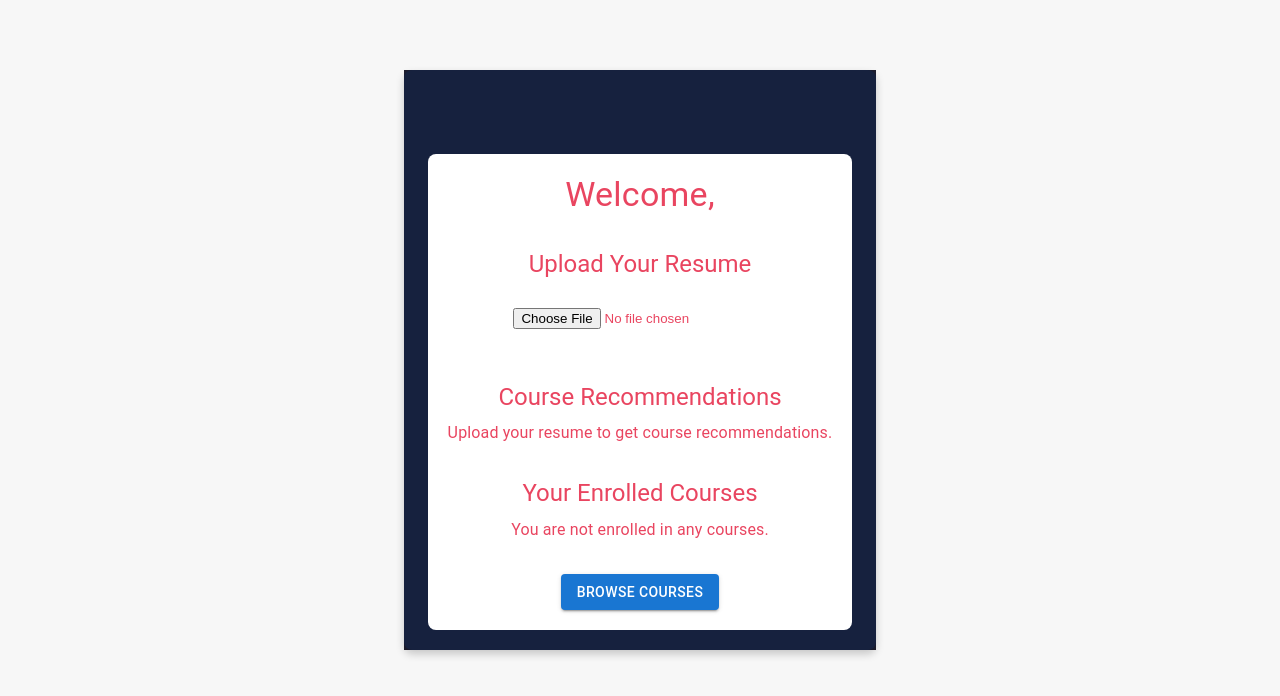
Repository: jvt2/OnlineCourseApp
Page: /dashboard
The author's editor kept a copy of each file at every save. The page is drawn from the files as they stood at one save, then again after the next save.
The browser window is 1280 px wide. The pictures show the whole page.
The page's requests for data from a server got no answer. The project was rebuilt for these pictures with package versions that can differ from the ones it lists, and the page was loaded fresh each time. No one was signed in, and anything a server would have sent is missing. Also part of the build but not shown: src/features/auth/Register.js, src/features/auth/Login.js, src/features/courses/ResumeUpload.js, src/features/courses/CourseRecommendations.js, src/components/common/MyModal.js, src/features/courses/CourseCatalog.js, src/features/courses/CourseDetail.js, src/components/common/Navbar.js and 3 more. Imported but missing from the stored project, and not drawn on this page: src/app/reportWebVitals.

Above is the page before, as saved 2024-07-14 15:45:20.

### src/index.js
import React from 'react';
import ReactDOM from 'react-dom/client';
import { Provider } from 'react-redux';
import store from './redux/store';
import './index.css';
import App from './app/App';
import reportWebVitals from './app/reportWebVitals';

const root = ReactDOM.createRoot(document.getElementById('root'));
root.render(
  <React.StrictMode>
    <App />
  </React.StrictMode>
);

// If you want to start measuring performance in your app, pass a function
// to log results (for example: reportWebVitals(console.log))
// or send to an analytics endpoint. Learn more: https://bit.ly/CRA-vitals
reportWebVitals();

### src/redux/store.js
// src/redux/store.js

import { configureStore } from '@reduxjs/toolkit';
import userReducer from './userReducer';

const store = configureStore({
  reducer: {
    user: userReducer,
  },
});

export default store;

### src/redux/userReducer.js
// src/redux/userReducer.js
// src/redux/userReducer.js
import { createSlice } from '@reduxjs/toolkit';

const initialState = {
  id: null,
  email: null,
  token: null,
};

const userSlice = createSlice({
  name: 'user',
  initialState,
  reducers: {
    logIn(state, action) {
      state.id = action.payload.id;
      state.email = action.payload.email;
      state.token = action.payload.token;
    },
    logOut(state) {
      state.id = null;
      state.email = null;
      state.token = null;
    },
  },
});

export const { logIn, logOut } = userSlice.actions;
export default userSlice.reducer;

### src/app/App.css
/* App.css */
:root {
  --primary-bg-color: #1E1E2F;
  --secondary-bg-color: #282840;
  --primary-text-color: #F5F5F5;
  --link-color: #61dafb;
  --accent-color: #FF6B6B;
  --navbar-height: 4rem;
  --content-padding: 20px;
  --border-radius: 8px;
  --transition-duration: 0.3s;
  --gradient-bg-color: linear-gradient(120deg, #84fab0 0%, #8fd3f4 100%);
}

.App {
  text-align: center;
  font-family: 'Arial', sans-serif;
  background-color: var(--primary-bg-color);
}

.App-logo {
  height: 40vmin;
  pointer-events: none;
  filter: drop-shadow(0 0 10px var(--accent-color));
}

.App-header {
  background-color: var(--secondary-bg-color);
  min-height: 100vh;
  display: flex;
  flex-direction: column;
  align-items: center;
  justify-content: center;
  font-size: calc(10px + 2vmin);
  color: var(--primary-text-color);
  border-bottom-left-radius: var(--border-radius);
  border-bottom-right-radius: var(--border-radius);
}

.App-link {
  color: var(--link-color);
  transition: color var(--transition-duration);
}

.App-link:hover {
  color: var(--accent-color);
}

@media (prefers-reduced-motion: no-preference) {
  .App-logo {
    animation: App-logo-spin infinite 20s linear;
  }
}

@keyframes App-logo-spin {
  from {
    transform: rotate(0deg);
  }
  to {
    transform: rotate(360deg);
  }
}

.site-navbar {
  display: flex;
  align-items: center;
  background: var(--gradient-bg-color);
  padding: 10px 20px;
  height: var(--navbar-height);
  font-weight: 500;
  box-shadow: 0 4px 6px rgba(0, 0, 0, 0.1);
}

.navbar-nav {
  display: flex;
  align-items: center;
  list-style: none;
  margin: 0;
  padding: 0;
  flex-grow: 1;
  justify-content: center;
}

.nav-item {
  display: flex;
  align-items: center;
  justify-content: center;
  text-decoration: none;
  color: var(--primary-text-color);
  padding: 15px 25px;
  transition: all 0.3s ease-in-out;
  border-radius: var(--border-radius);
  position: relative;
}

.nav-item:before {
  content: '';
  position: absolute;
  top: 0;
  left: 0;
  width: 0;
  height: 100%;
  background: var(--accent-color);
  border-radius: var(--border-radius);
  transition: width 0.3s ease-in-out;
  z-index: -1;
}

.nav-item:hover:before {
  width: 100%;
}

.nav-item:hover {
  color: var(--secondary-bg-color);
  box-shadow: 0 4px 8px rgba(0, 0, 0, 0.2);
  text-decoration: none;
}

.navbar-brand {
  margin-right: auto;
  color: var(--primary-text-color);
  font-size: 1.5em;
  font-weight: bold;
}

.App-content {
  padding: var(--content-padding);
  color: var(--primary-text-color);
}

.App-footer {
  text-align: center;
  padding: var(--content-padding);
  background-color: var(--secondary-bg-color);
  color: var(--primary-text-color);
  box-shadow: 0 -4px 6px rgba(0, 0, 0, 0.1);
}

.course-recommendations {
  width: 80%;
  margin: auto;
  background: #f9f9f9;
  padding: 20px;
  border-radius: 5px;
  box-shadow: 0px 0px 10px rgba(0, 0, 0, 0.1);
}

.course-recommendations h2 {
  text-align: center;
  color: #333;
}

.course-recommendations .course {
  padding: 10px 0;
  border-bottom: 1px solid #eee;
}

.course-recommendations .course:last-child {
  border-bottom: none;
}

.course-recommendations .course button {
  margin-left: 10px;
}

body {
  background-color: #1a1a2e;
  color: #e94560;
}

.MuiContainer-root {
  background-color: #16213e;
  border-radius: 8px;
  padding: 20px;
  box-shadow: 0 4px 8px rgba(0, 0, 0, 0.2);
}

.customTextField .MuiInputBase-input {
  color: #fff;
  background-color: rgba(255, 255, 255, 0.1);
}

.customTextField .MuiInputLabel-root {
  color: rgba(255, 255, 255, 0.7);
}

.customTextField .MuiInputLabel-root.Mui-focused {
  color: #fff;
}

.customTextField .MuiOutlinedInput-root {
  &.Mui-focused .MuiOutlinedInput-notchedOutline {
    border-color: #fff;
  }
  & .MuiOutlinedInput-notchedOutline {
    border-color: rgba(255, 255, 255, 0.5);
  }
}

### src/features/dashboard/Dashboard.js
// src/features/dashboard/Dashboard.js
import React, { useEffect, useState } from 'react';
import axios from 'axios';
import { useSelector } from 'react-redux';
import { Container, Typography, Button, Box, List, ListItem, ListItemText, Grid } from '@mui/material';
import { useNavigate } from 'react-router-dom';
import './Dashboard.css'; // Ensure this is the correct path to your CSS file

function Dashboard() {
  const [enrolledCourses, setEnrolledCourses] = useState([]);
  const [recommendations, setRecommendations] = useState([]);
  const token = useSelector(state => state.user.token);
  const userId = useSelector(state => state.user.id);
  const userEmail = useSelector(state => state.user.email);
  const navigate = useNavigate();

  useEffect(() => {
    const fetchEnrolledCourses = async () => {
      try {
        const response = await axios.get(`http://localhost:3001/user/${userId}/courses`, {
          headers: { Authorization: `Bearer ${token}` }
        });
        setEnrolledCourses(response.data);
      } catch (error) {
        console.error('Error fetching enrolled courses:', error);
      }
    };

    const fetchRecommendations = async () => {
      try {
        const response = await axios.get(`http://localhost:3001/user/${userId}/recommendations`, {
          headers: { Authorization: `Bearer ${token}` }
        });
        setRecommendations(response.data);
      } catch (error) {
        console.error('Error fetching recommendations:', error);
      }
    };

    fetchEnrolledCourses();
    fetchRecommendations();
  }, [userId, token]);

  const handleResumeUpload = async (event) => {
    const formData = new FormData();
    formData.append('resume', event.target.files[0]);

    try {
      const response = await axios.post('http://localhost:3001/uploadResume', formData, {
        headers: {
          'Content-Type': 'multipart/form-data',
          Authorization: `Bearer ${token}`,
        },
      });
      setRecommendations(response.data.recommendations);
    } catch (error) {
      console.error('Error uploading resume:', error);
    }
  };

  return (
    <Container component="main" maxWidth="md">
      <Box className="dashboard-container" sx={{ mt: 8 }}>
        <Typography className="dashboard-header" variant="h4" gutterBottom>
          Welcome, {userEmail}
        </Typography>
        <Box className="upload-container" sx={{ mt: 4 }}>
          <Typography variant="h5" gutterBottom>
            Upload Your Resume
          </Typography>
          <input
            type="file"
            onChange={handleResumeUpload}
            accept=".pdf,.doc,.docx,.txt"
            style={{ margin: '20px 0' }}
          />
        </Box>
        <Box className="recommendations-container" sx={{ mt: 4 }}>
          <Typography variant="h5" gutterBottom>
            Course Recommendations
          </Typography>
          {recommendations.length > 0 ? (
            <List>
              {recommendations.map((rec, index) => (
                <ListItem key={index}>
                  <ListItemText primary={rec.title} secondary={rec.description} />
                </ListItem>
              ))}
            </List>
          ) : (
            <Typography variant="body1">Upload your resume to get course recommendations.</Typography>
          )}
        </Box>
        <Box className="enrolled-courses-container" sx={{ mt: 4 }}>
          <Typography variant="h5" gutterBottom>
            Your Enrolled Courses
          </Typography>
          {enrolledCourses.length > 0 ? (
            <List>
              {enrolledCourses.map(course => (
                <ListItem key={course.id}>
                  <ListItemText primary={course.name} />
                </ListItem>
              ))}
            </List>
          ) : (
            <Typography variant="body1">You are not enrolled in any courses.</Typography>
          )}
        </Box>
        <Box sx={{ mt: 4 }}>
          <Button variant="contained" color="primary" onClick={() => navigate('/courses')}>
            Browse Courses
          </Button>
        </Box>
      </Box>
    </Container>
  );
}

export default Dashboard;

### src/features/auth/Logout.js
// Logout.js
import { useEffect } from 'react';
import { useDispatch } from 'react-redux';
import { useNavigate } from 'react-router-dom';
import { logOut } from '../../redux/reducers/userslice'; // Import the logOut action

function Logout() {
  const navigate = useNavigate();
  const dispatch = useDispatch();

  useEffect(() => {
    localStorage.removeItem('token'); // Remove the token from local storage
    dispatch(logOut()); // Dispatch the logOut action
    navigate('/login'); // Navigate to the login page
  }, [dispatch, navigate]);

  return null;
}

export default Logout;

### src/components/common/LandingPage.css
body {
    display: flex;
    justify-content: center;
    align-items: center;
    height: 100vh;
    background-color: #f7f7f7;
    margin: 0;
    font-family: 'Roboto', sans-serif;
  }

  .sign-in-container {
    display: flex;
    justify-content: center;
    align-items: center;
    height: 100%;
    width: 100%;
  }

  .sign-in-form {
    background-color: white;
    padding: 60px;
    border-radius: 10px;
    box-shadow: 0 4px 8px rgba(0, 0, 0, 0.1);
    text-align: center;
    max-width: 600px;
    width: 90%;
  }

  .logo {
    width: 200px;
    height: 200px;
    margin-bottom: 30px;
    background-color: white;
    border-radius: 10px;
  }

  h1 {
    margin: 0;
    font-size: 32px;
    font-weight: 700;
  }

  .subtitle {
    margin: 10px 0;
    color: #555;
    font-size: 18px;
  }

  .google-sign-in {
    background-color: #ffffff;
    color: #000;
    border: 1px solid #ccc;
    padding: 15px;
    width: 100%;
    border-radius: 5px;
    margin-bottom: 30px;
    display: flex;
    justify-content: center;
    align-items: center;
    cursor: pointer;
    font-size: 18px;
    font-weight: 500;
    transition: background-color 0.3s;
  }

  .google-sign-in:hover {
    background-color: #f0f0f0;
  }

  .google-logo {
    width: 25px;
    margin-right: 10px;
  }

  .separator {
    display: flex;
    align-items: center;
    text-align: center;
    margin: 30px 0;
    color: #aaa;
    font-size: 18px;
  }

  .separator::before,
  .separator::after {
    content: '';
    flex: 1;
    border-bottom: 1px solid #ccc;
  }

  .separator:not(:empty)::before {
    margin-right: .5em;
  }

  .separator:not(:empty)::after {
    margin-left: .5em;
  }

  .email-input,
  .password-input {
    width: 100%;
    padding: 15px;
    margin-bottom: 30px;
    border: 1px solid #ccc;
    border-radius: 5px;
    font-size: 18px;
    transition: border-color 0.3s;
  }

  .email-input:focus,
  .password-input:focus {
    border-color: #007bff;
    outline: none;
  }

  .continue-button {
    background-color: #9b51e0;
    color: white;
    border: none;
    padding: 15px;
    width: 100%;
    border-radius: 5px;
    font-size: 18px;
    font-weight: 500;
    cursor: pointer;
    transition: background-color 0.3s;
    margin-bottom: 10px; /* Add margin to separate the buttons */
  }

  .continue-button:hover {
    background-color: #7a3bc0;
  }

  .email-error {
    color: red;
    margin-top: 10px;
    font-size: 14px;
  }


  .back-button {
    background-color: #ccc;
    color: white;
    border: none;
    padding: 15px;
    width: 100%;
    border-radius: 5px;
    font-size: 18px;
    font-weight: 500;
    cursor: pointer;
    transition: background-color 0.3s;
    margin-bottom: 10px; /* Add margin to separate the buttons */
  }

  .back-button:hover {
    background-color: #aaa;
  }

  .sign-up-link {
    margin-top: 30px;
    color: #aaa;
    font-size: 18px;
  }

  .sign-up-link a {
    color: #9b51e0;
    text-decoration: none;
  }

  .sign-up-link a:hover {
    text-decoration: underline;
  }

### src/features/dashboard/Dashboard.css
/* Dashboard CSS */

.dashboard-container {
    background: #FFFFFF;
    padding: 20px;
    border-radius: 8px;
    margin-top: 50px;
    text-align: center;
  }

  .dashboard-header {
    font-family: 'Roboto';
    font-style: normal;
    font-weight: 400;
    font-size: 24px;
    margin-bottom: 20px;
  }

.course-list, .recommendation-list {
    display: flex;
    flex-direction: column;
    align-items: center;
}

.course-item, .recommendation-item {
    background-color: #fff;
    border: 1px solid #ddd;
    padding: 10px;
    margin: 10px;
    width: 80%;
    box-shadow: 0 2px 4px rgba(0, 0, 0, 0.1);
    border-radius: 5px;
}

.course-title, .recommendation-title {
    font-size: 18px;
    margin-bottom: 10px;
}

.browse-courses-button {
    margin-top: 20px;
}

/* Menu */
.menu-container {
    position: absolute;
    width: 132px;
    height: 853.12px;
    left: 32.34px;
    top: 24.02px;
}

.menu-background {
    position: absolute;
    width: 81.01px;
    height: 804px;
    left: 83.32px;
    top: 73.14px;
    background: #0C0B0B;
    opacity: 0.7;
    filter: blur(30px);
    border-radius: 24px;
}

.menu-foreground {
    position: absolute;
    width: 132px;
    height: 852px;
    left: 32.34px;
    top: 24.02px;
    background: #0C0B0B;
    border-radius: 24px;
}

.menu-logo {
    position: absolute;
    width: 47px;
    height: 102px;
    left: 74.46px;
    top: 39.67px;
    font-family: 'Baloo Bhai';
    font-style: normal;
    font-weight: 400;
    font-size: 64px;
    line-height: 102px;
    color: #FFFFFF;
}

.menu-icon {
    position: absolute;
    left: 5.93%;
    right: 92.27%;
    top: 22.89%;
    bottom: 74.22%;
    background: #FFFFFF;
}

.menu-item {
    position: absolute;
    width: 26px;
    height: 26px;
    left: 85.15px;
}

.menu-item:nth-child(1) {
    top: 558.98px;
}

.menu-item:nth-child(2) {
    top: 471.99px;
}

.menu-item:nth-child(3) {
    top: 382.1px;
}

.menu-item:nth-child(4) {
    top: 809.53px;
}

/* Go Premium Banner */
.premium-banner {
    position: absolute;
    width: 440px;
    height: 193px;
    left: 920.06px;
    top: 683px;
    background: #F5F5F7;
    border-radius: 14px;
}

.premium-banner-header {
    position: absolute;
    width: 189px;
    height: 38px;
    left: 943.75px;
    top: 707.12px;
    font-family: 'Baloo Bhai';
    font-style: normal;
    font-weight: 400;
    font-size: 24px;
    line-height: 38px;
    color: #0C0B0B;
}

.premium-banner-text {
    position: absolute;
    width: 179px;
    height: 48px;
    left: 943.75px;
    top: 748px;
    font-family: 'Roboto';
    font-style: normal;
    font-weight: 400;
    font-size: 16px;
    line-height: 24px;
    color: #0C0B0B;
}

.premium-banner-button {
    position: absolute;
    width: 120px;
    height: 40px;
    left: 943.75px;
    top: 820.22px;
    background: #0C0B0B;
    border-radius: 8px;
    font-family: 'Roboto';
    font-style: normal;
    font-weight: 700;
    font-size: 13px;
    line-height: 15px;
    color: #FFFFFF;
}

/* Your Statistics Section */
.statistics-section {
    position: absolute;
    width: 449.59px;
    height: 378.5px;
    left: 923.69px;
    top: 255.29px;
}

.statistics-header {
    position: absolute;
    width: 158px;
    height: 38px;
    left: 923.69px;
    top: 255.29px;
    font-family: 'Baloo Bhai';
    font-style: normal;
    font-weight: 400;
    font-size: 24px;
    line-height: 38px;
    color: #0C0B0B;
}

.learning-hours-box, .my-courses-box {
    position: absolute;
    width: 88px;
    height: 32px;
    background: #F5F5F7;
    border-radius: 8px;
}

.learning-hours-box {
    left: 1271.68px;
    top: 305.54px;
}

.my-courses-box {
    left: 1059.69px;
    top: 309.54px;
}

.learning-hours-text, .my-courses-text {
    position: absolute;
    font-family: 'Baloo Bhai';
    font-style: normal;
    font-weight: 400;
    font-size: 16px;
    line-height: 26px;
    color: #0C0B0B;
}

.learning-hours-text {
    left: 923.69px;
    top: 309.54px;
}

.my-courses-text {
    left: 1059.69px;
    top: 309.54px;
    opacity: 0.3;
}

.weekly-button {
    position: absolute;
    width: 43px;
    height: 15px;
    left: 1287.93px;
    top: 314.54px;
    font-family: 'Roboto';
    font-style: normal;
    font-weight: 700;
    font-size: 13px;
    line-height: 15px;
    color: #0C0B0B;
}

.statistics-graph {
    position: absolute;
    width: 449.59px;
    height: 266.15px;
    left: 923.69px;
    top: 367.65px;
}

/* Courses Section */
.courses-section {
    position: absolute;
    width: 620px;
    height: 554.49px;
    left: 236px;
    top: 359.15px;
}

.course-item-container {
    position: relative;
    width: 620px;
    height: 80px;
    background: #F5F5F7;
    border-radius: 14px;
    margin-bottom: 10px;
}

.course-item-container .view-course-button {
    position: absolute;
    width: 120px;
    height: 40px;
    left: 712.19px;
    top: 20px;
    border: 2px solid #0C0B0B;
    border-radius: 8px;
}

.course-item-container .view-course-button-text {
    position: absolute;
    width: 72px;
    height: 15px;
    left: 24px;
    top: 12px;
    font-family: 'Roboto';
    font-style: normal;
    font-weight: 700;
    font-size: 13px;
    line-height: 15px;
    color: #0C0B0B;
}

.course-item-container .course-icon {
    position: absolute;
    width: 64px;
    height: 64px;
    left: 20px;
    top: 8px;
    background: #FFFFFF;
    border-radius: 12px;
}

.course-item-container .course-title {
    position: absolute;
    width: 150px;
    height: 26px;
    left: 100px;
    top: 20px;
    font-family: 'Baloo Bhai';
    font-style: normal;
    font-weight: 400;
    font-size: 16px;
    line-height: 26px;
    color: #0C0B0B;
}

.course-item-container .course-instructor {
    position: absolute;
    width: 150px;
    height: 15px;
    left: 100px;
    top: 50px;
    font-family: 'Roboto';
    font-style: normal;
    font-weight: 400;
    font-size: 13px;
    line-height: 15px;
    color: #0C0B0B;
}

.course-item-container .course-rating,
.course-item-container .course-duration {
    position: absolute;
    width: 55px;
    height: 15px;
    left: 250px;
    top: 50px;
    font-family: 'Roboto';
    font-style: normal;
    font-weight: 400;
    font-size: 13px;
    line-height: 15px;
    color: #0C0B0B;
}

.course-item-container .course-rating {
    left: 450px;
}

.course-item-container .course-flame-icon {
    position: absolute;
    width: 15.2px;
    height: 16px;
    left: 510px;
    top: 50px;
}

.course-header {
    position: absolute;
    width: 620px;
    height: 38px;
    left: 236px;
    top: 359.15px;
    font-family: 'Baloo Bhai';
    font-style: normal;
    font-weight: 400;
    font-size: 24px;
    line-height: 38px;
    color: #0C0B0B;
}

.course-categories {
    position: absolute;
    width: 620px;
    height: 26px;
    left: 236px;
    top: 413.39px;
}

.course-category {
    position: absolute;
    width: 82px;
    height: 26px;
    font-family: 'Baloo Bhai';
    font-style: normal;
    font-weight: 400;
    font-size: 16px;
    line-height: 26px;
    color: #0C0B0B;
    opacity: 0.3;
}

.course-category.all-courses {
    left: 0;
    opacity: 1;
}

.course-category.newest {
    left: 120px;
}

.course-category.top-rated {
    left: 240px;
}

.course-category.most-popular {
    left: 360px;
}

/* Header Section */
.header-section {
    position: absolute;
    width: 620px;
    height: 191.25px;
    left: 236.32px;
    top: 24px;
}

.header-background {
    position: absolute;
    width: 620px;
    height: 160px;
    left: 0;
    top: 55.25px;
    background: #F5F5F7;
    border-radius: 14px;
}

.header-title {
    position: absolute;
    width: 178px;
    height: 57px;
    left: 31.5px;
    top: 101.67px;
    font-family: 'Baloo Bhai';
    font-style: normal;
    font-weight: 400;
    font-size: 36px;
    line-height: 57px;
    color: #0C0B0B;
}

.header-subtitle {
    position: absolute;
    width: 185px;
    height: 24px;
    left: 31.5px;
    top: 151.14px;
    font-family: 'Roboto';
    font-style: normal;
    font-weight: 400;
    font-size: 16px;
    line-height: 24px;
    color: #0C0B0B;
}

### src/redux/reducers/userslice.js
import { createSlice } from '@reduxjs/toolkit';

const userSlice = createSlice({
  name: 'user',
  initialState: { name: '', loggedIn: false },
  reducers: {
    logIn: (state, action) => {
      state.name = action.payload.name;
      state.loggedIn = true;
    },
    logOut: (state) => {
      state.name = '';
      state.loggedIn = false;
    }
  }
});

export const { logIn, logOut } = userSlice.actions;
export default userSlice.reducer;

Loaded but not shown: public/index.html (common file); src/index.css (common file); src/app/App.js (101 lines, source omitted)

After the next save:
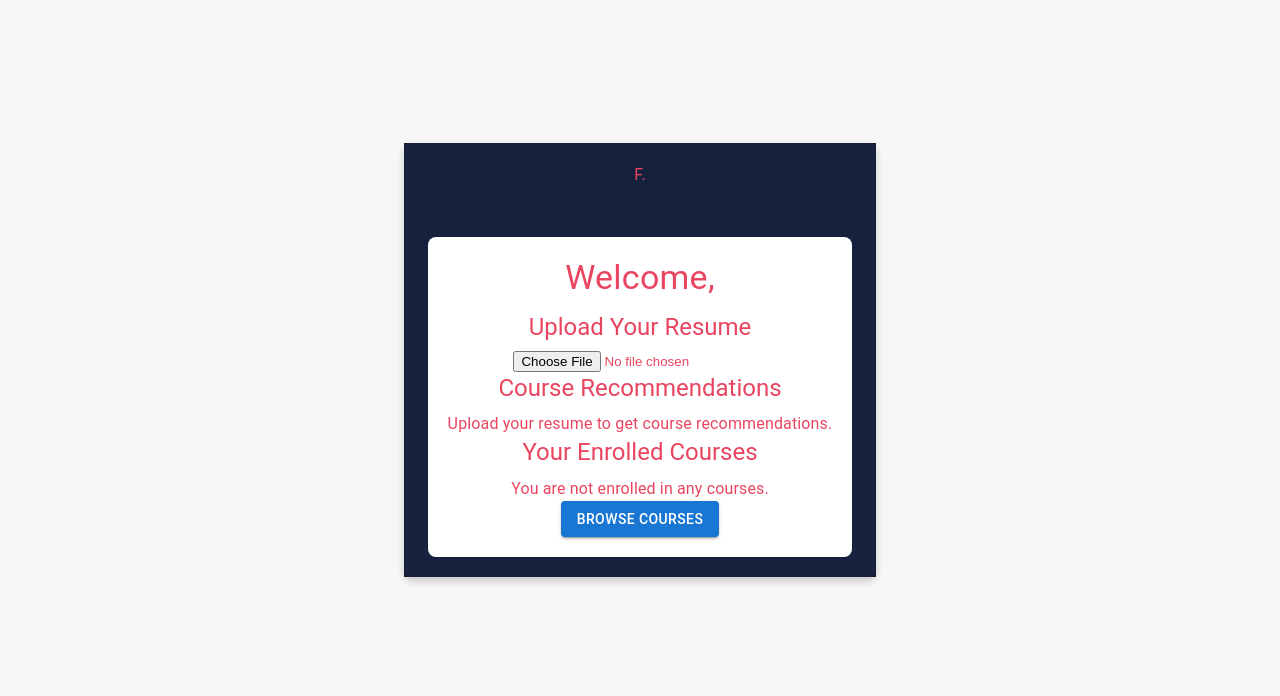
Saved 3 min 24 s later.
--- a/src/features/dashboard/Dashboard.js
+++ b/src/features/dashboard/Dashboard.js
@@ -2,9 +2,9 @@
 import React, { useEffect, useState } from 'react';
 import axios from 'axios';
 import { useSelector } from 'react-redux';
-import { Container, Typography, Button, Box, List, ListItem, ListItemText, Grid } from '@mui/material';
+import { Container, Typography, Button, Box, List, ListItem, ListItemText } from '@mui/material';
 import { useNavigate } from 'react-router-dom';
-import './Dashboard.css'; // Ensure this is the correct path to your CSS file
+import './Dashboard.css';
 
 function Dashboard() {
   const [enrolledCourses, setEnrolledCourses] = useState([]);
@@ -60,11 +60,23 @@ function Dashboard() {
 
   return (
     <Container component="main" maxWidth="md">
-      <Box className="dashboard-container" sx={{ mt: 8 }}>
+      <Box className="sidebar">
+        <div className="sidebar-blur"></div>
+        <div className="sidebar-main">
+          <Typography className="sidebar-logo">F.</Typography>
+          <div className="sidebar-icon icon-home icon-background"></div>
+          <div className="sidebar-icon icon-graduation icon-background"></div>
+          <div className="sidebar-icon icon-user icon-background"></div>
+          <div className="sidebar-icon icon-message icon-background"></div>
+          <div className="sidebar-icon icon-settings icon-background"></div>
+          <div className="sidebar-icon icon-logout icon-background"></div>
+        </div>
+      </Box>
+      <Box className="dashboard-container">
         <Typography className="dashboard-header" variant="h4" gutterBottom>
           Welcome, {userEmail}
         </Typography>
-        <Box className="upload-container" sx={{ mt: 4 }}>
+        <Box className="upload-container">
           <Typography variant="h5" gutterBottom>
             Upload Your Resume
           </Typography>
@@ -72,10 +84,9 @@ function Dashboard() {
             type="file"
             onChange={handleResumeUpload}
             accept=".pdf,.doc,.docx,.txt"
-            style={{ margin: '20px 0' }}
           />
         </Box>
-        <Box className="recommendations-container" sx={{ mt: 4 }}>
+        <Box className="recommendations-container">
           <Typography variant="h5" gutterBottom>
             Course Recommendations
           </Typography>
@@ -91,7 +102,7 @@ function Dashboard() {
             <Typography variant="body1">Upload your resume to get course recommendations.</Typography>
           )}
         </Box>
-        <Box className="enrolled-courses-container" sx={{ mt: 4 }}>
+        <Box className="enrolled-courses-container">
           <Typography variant="h5" gutterBottom>
             Your Enrolled Courses
           </Typography>
@@ -107,7 +118,7 @@ function Dashboard() {
             <Typography variant="body1">You are not enrolled in any courses.</Typography>
           )}
         </Box>
-        <Box sx={{ mt: 4 }}>
+        <Box className="button-container">
           <Button variant="contained" color="primary" onClick={() => navigate('/courses')}>
             Browse Courses
           </Button>
